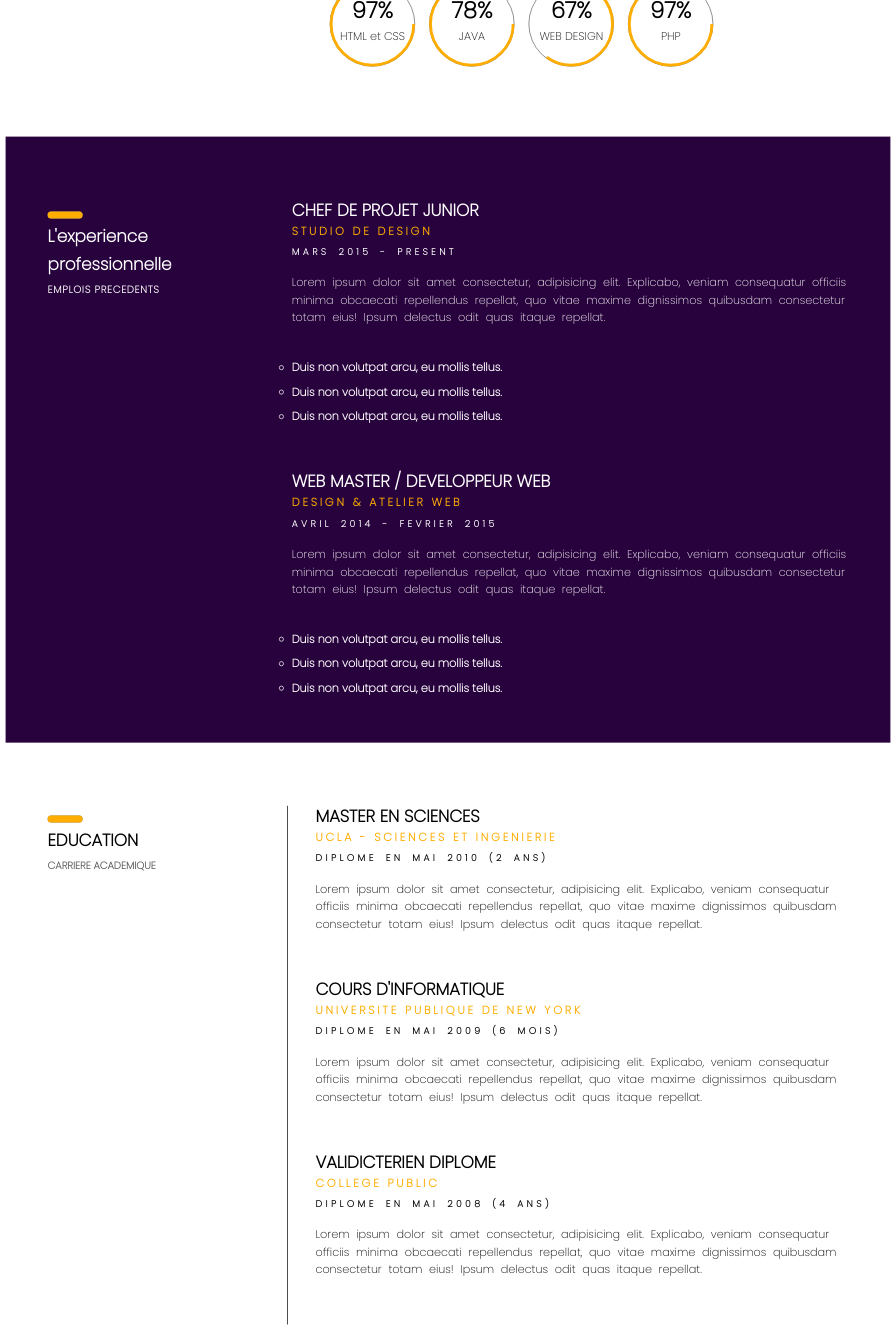
Repository: wadelfadill/CV_PORTFOLIO
Page: index.html
The author's editor kept a copy of each file at every save. The page is drawn from the files as they stood at one save, then again after the next save.
The browser window is 1280 px wide. The pictures show the part of the page from y = 3133 to 5053 px (the page is 5033 px tall before and 5053 px after), at 70% of full size.
Some icons come from a web library that is not loaded, so they are not drawn. Backgrounds fixed to the window are drawn as part of the page.

Above is the page before, as saved 2023-03-16 12:59:58.

After the next save:
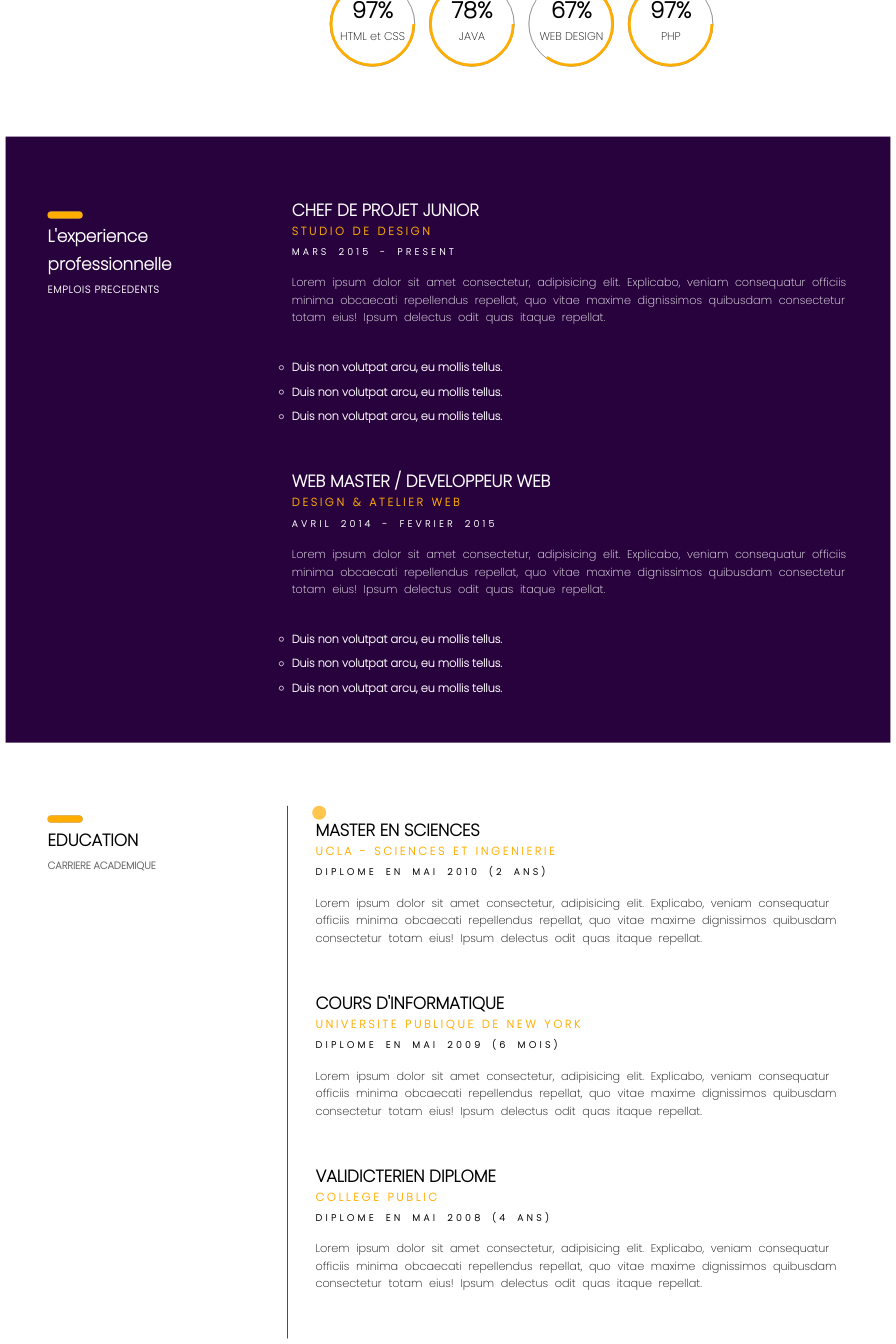
Saved 2 min 17 s later.
--- a/style.css
+++ b/style.css
@@ -552,3 +552,13 @@ svg{
     list-style: disc;
     list-style-position: inside;
 }
+.disc{
+    position: relative;
+    top: 0;
+    left: -5px;
+    width: 20px;
+    height: 20px;
+    border-radius: 20px;
+    background-color: #FFAD01;
+    opacity: 0.7;
+}
